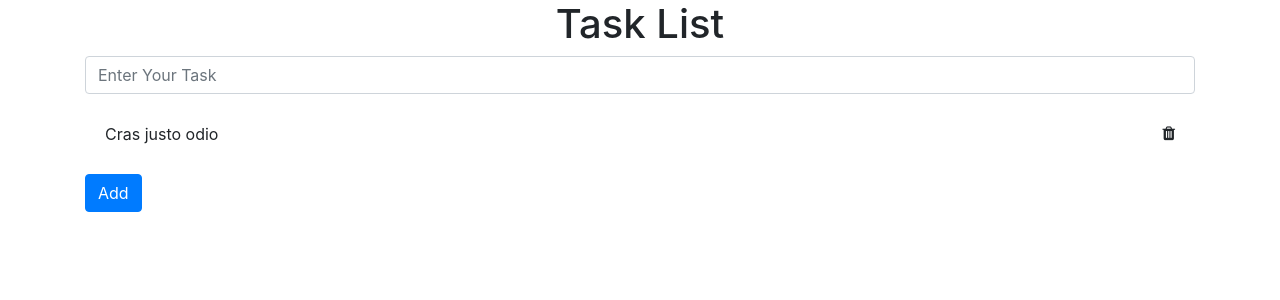
Repository: hoangphuong965/todolist
Page: index.html
An editor plug-in stored every save of this project. The page is shown before and after the next save, followed by the edit.
The browser window is 1280 px wide. The pictures show the whole page.

Above is the page before, as saved 2020-09-04 14:17:34.

After the next save:
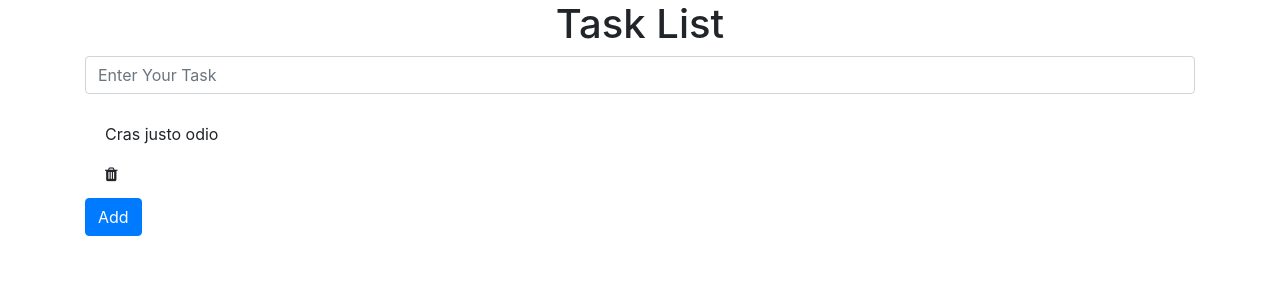
Saved 23 s later.
--- a/index.html
+++ b/index.html
@@ -20,7 +20,7 @@
                </div>
                <div class="list">
                     <ol class="list-group list-group-flush">
-                         <li class="list-group-item tst">
+                         <li class="list-group-item grid">
                               <p>Cras justo odio</p>
                               <i class="fa fa-trash" aria-hidden="true"></i>
                          </li>

After the save that followed:
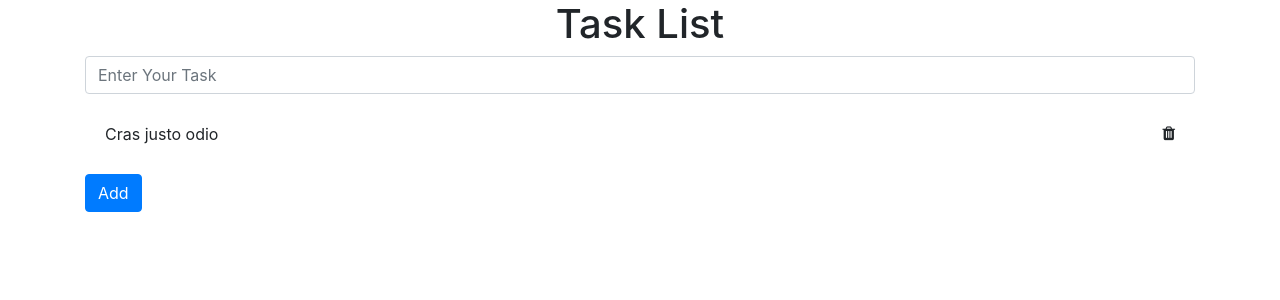
Saved 7 s later.
--- a/style.css
+++ b/style.css
@@ -1,4 +1,4 @@
-.tst {
+.grid {
   display: grid;
   grid-template-columns: auto auto;
 }
